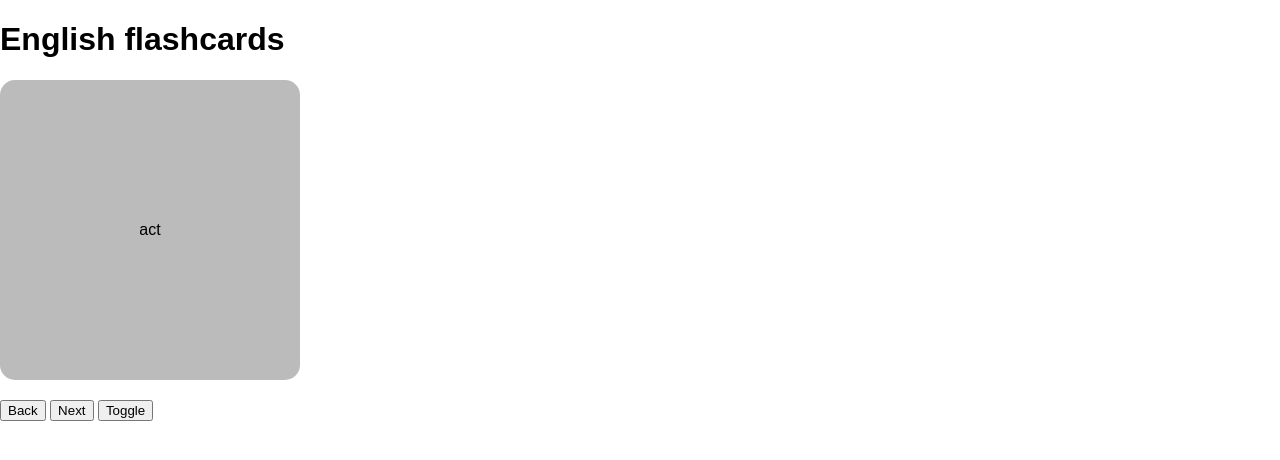
Repository: AdrianGizycki/English-Flashcards
Page: index.html
These files come from the project's save history. The page is drawn as it stood at one moment and after the next save; the edit follows.
The browser window is 1280 px wide. The pictures show the whole page.

Above is the page before, as saved 2019-09-15 15:00:06.

After the next save:
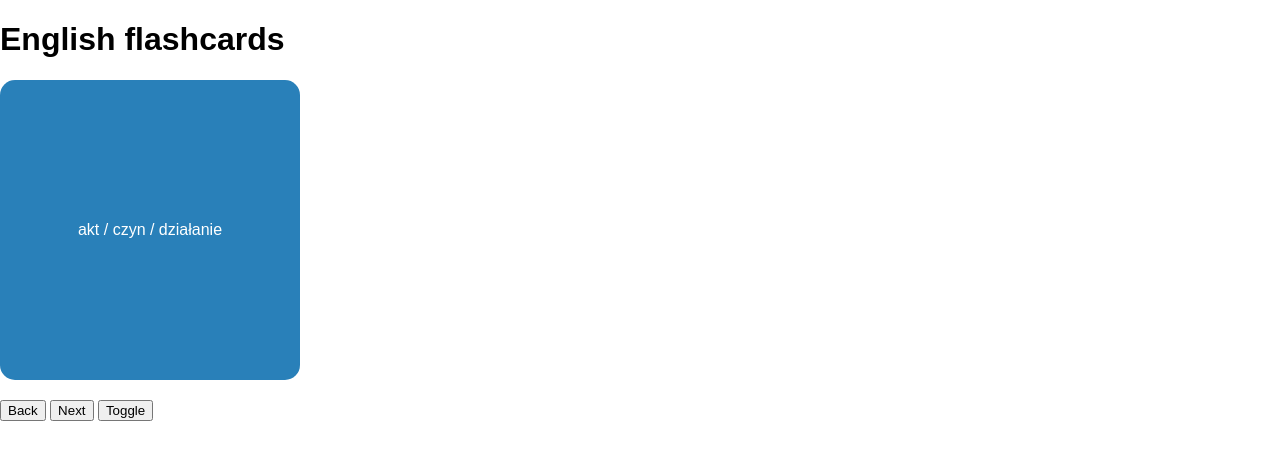
Saved 117 s later.
--- a/style.css
+++ b/style.css
@@ -24,8 +24,8 @@
     /* box-shadow: 0 4px 8px 0 rgba(0, 0, 0, 0.5); */
   }
 
-  #rot {
-    transform: "";
+  .flip-card-inner {
+    transform: rotateY(180deg);
   }
 
   .flip-card-front,

After the save that followed:
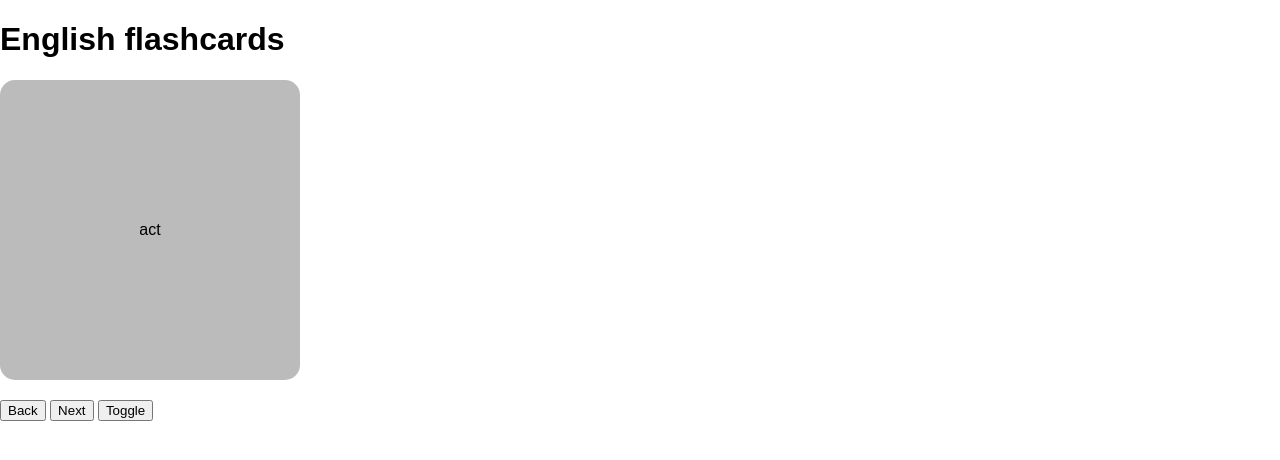
Saved 17 s later.
--- a/style.css
+++ b/style.css
@@ -24,7 +24,7 @@
     /* box-shadow: 0 4px 8px 0 rgba(0, 0, 0, 0.5); */
   }
 
-  .flip-card-inner {
+  .flip-card:hover .flip-card-inner {
     transform: rotateY(180deg);
   }
 
